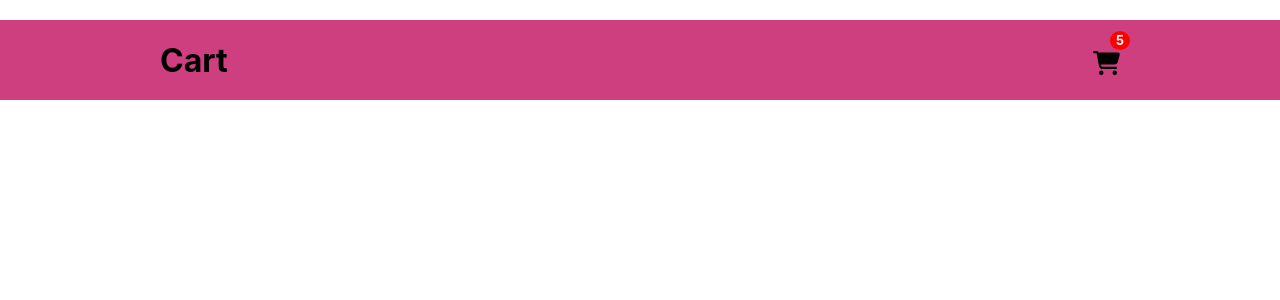
Repository: sriram1224/Cart-react-app
Page: /
These files come from the project's save history. The page is drawn as it stood at one moment and after the next save; the edit follows.
The browser window is 1280 px wide. The pictures show the whole page.
The project was rebuilt for these pictures with package versions that can differ from the ones it lists, and the page was loaded fresh each time.

Above is the page before, as saved 2024-03-12 13:50:31.

### src/App.js
import Nav from "./Components/Nav.js"
import './App.css';

function App() {
  return (
    <div className="App">
      <Nav />
    </div>
  );
}

export default App;

### src/Components/Nav.js
import { FontAwesomeIcon } from '@fortawesome/react-fontawesome';
import { faShoppingCart } from '@fortawesome/free-solid-svg-icons';
import './Navbar.css';
const cartCount = 5;
function Navbar() {
  return (
      <div className="nav-container">
      <div className="cart">
          <div className="heading">
              <h1>
              Cart
              </h1>
          </div>
      <h1>
        <div className="cart-icon-container">
          <FontAwesomeIcon icon={faShoppingCart} className="cart-icon" />
          {cartCount > 0 && (
            <span className="cart-count">{cartCount}</span>
          )}
        </div>

      </h1>
    </div>
      </div>
  );
}

export default Navbar;

### src/Components/Navbar.css
.cart-icon-container {
    position: relative;
    display: inline-block;
}

.cart-icon {
    font-size: 1.5rem;
    /* Adjust the size as needed */
}

.cart-count {
    position: absolute;
    top: -10px;
    /* Adjust the vertical positioning */
    right: -10px;
    /* Adjust the horizontal positioning */
    background-color: red;
    color: white;
    border-radius: 50%;
    padding: 2px 6px;
    font-size: 0.8rem;
    /* Adjust the font size as needed */
}

.cart{
    display: flex;
    justify-content: space-between;
    margin: 20px 10rem;
    align-items: center;

}

.heading{
text-align: center;
}

.nav-container{
    width: 100%;
    height: 5rem;
    background-color:rgb(206, 63, 127)
}

Loaded but not shown: public/index.html (common file); src/index.js (common file); src/index.css (common file); src/reportWebVitals.js (common file); src/App.css (common file)

After the next save:
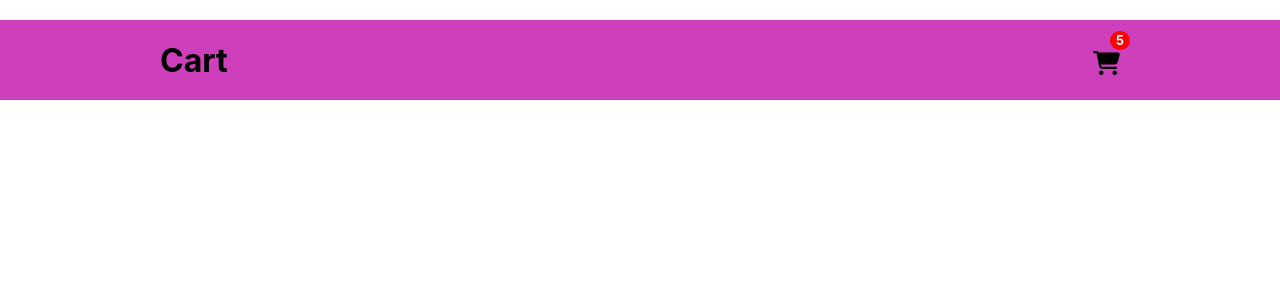
Saved 8 s later.
--- a/src/Components/Navbar.css
+++ b/src/Components/Navbar.css
@@ -37,5 +37,5 @@ text-align: center;
 .nav-container{
     width: 100%;
     height: 5rem;
-    background-color:rgb(206, 63, 127)
+    background-color:rgb(206, 63, 187)
 }
